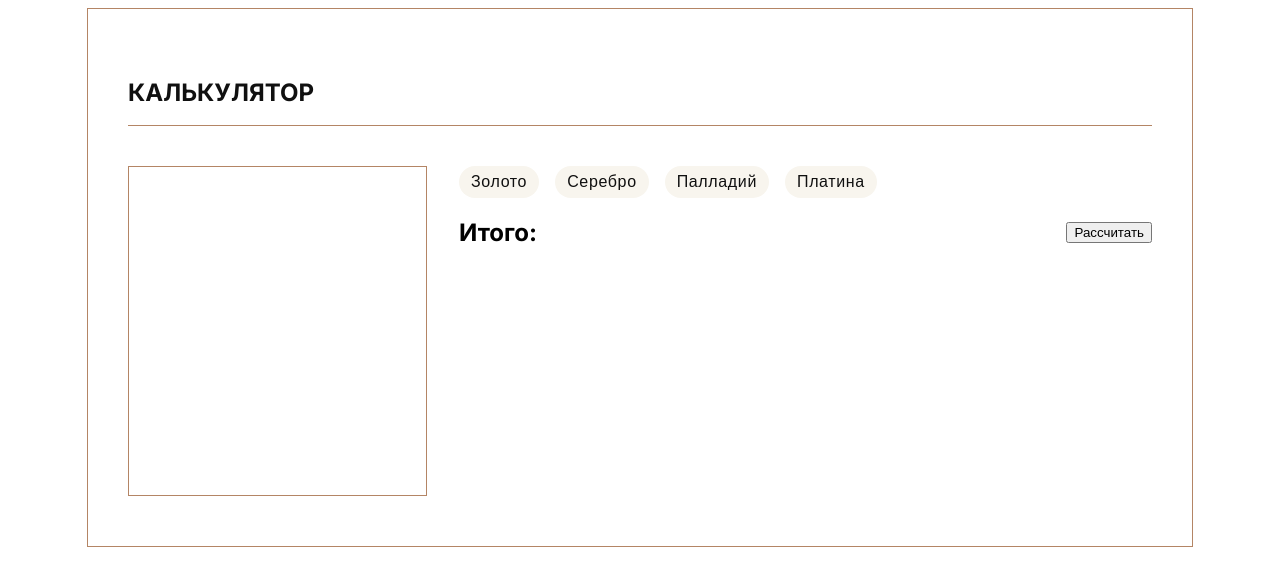
Repository: Kirill2034/Calculator-metal
Page: /
An editor plug-in stored every save of this project. The page is shown before and after the next save, followed by the edit.
The browser window is 1280 px wide. The pictures show the whole page.
The project was rebuilt for these pictures with package versions that can differ from the ones it lists, and the page was loaded fresh each time.

Above is the page before, as saved 2021-11-27 18:38:54.

### public/index.html
<!DOCTYPE html>
<html lang="en">
  <head>
    <meta charset="utf-8" />
    <meta name="viewport" content="width=device-width, initial-scale=1" />

    <link rel="preconnect" href="https://fonts.googleapis.com">
    <link rel="preconnect" href="https://fonts.gstatic.com" crossorigin>
    <link href="https://fonts.googleapis.com/css2?family=Inter:wght@300;400;500;700&display=swap" rel="stylesheet">

    <title>Калькулятор</title>
  </head>
  <body>
    <div id="root"></div>
  </body>
</html>

### src/App.js
import React, { useState } from 'react';
import './App.css';
import {BtnRadio} from './components/BtnRadio';

const metals = [
  {
    id: 1,
    code: "gold",
    title: "Золото",
    finenessList: [
      {id: 1, value: 375, cash: 90, checkingAccount: 100},
      {id: 1, value: 575, cash: 190, checkingAccount: 250}
    ]
  },
  {
    id: 2,
    code: "argent",
    title: "Серебро",
    finenessList: [
      {id: 1, value: 375, cash: 90, checkingAccount: 100},
      {id: 1, value: 575, cash: 190, checkingAccount: 250}
    ]
  },
  {
    id: 3,
    code: "palladium",
    title: "Палладий",
    finenessList: [
      {id: 1, value: 375, cash: 90, checkingAccount: 100},
      {id: 1, value: 575, cash: 190, checkingAccount: 250}
    ]
  },
  {
    id: 4,
    code: "platinum",
    title: "Платина",
    finenessList: [
      {id: 1, value: 375, cash: 90, checkingAccount: 100},
      {id: 1, value: 575, cash: 190, checkingAccount: 250}
    ]
  },
]

const App = () => {

  const [selectedMetalId, setselectedMetalId] = useState(null);

  const onMetalItemClick = (id) => {
    setselectedMetalId(id);
  };

  return (
    <div className="App">
      <div className="title">
        <h2>Калькулятор</h2>
      </div>
      <div className="calculator">
        <div className="metal-image"></div>
        <div className="content">
          <div className="check-metal">
            {metals.map((metal) => (
            <BtnRadio
              key={metal.id}
              item={metal}
              selected={selectedMetalId === metal.id}
              onClick={onMetalItemClick}
              />
          ))}
          </div>
          <div className="select-prop-metal"></div>
          <div className="calculate">
            <h2>Итого:</h2>
            <button>Рассчитать</button>
          </div>
        </div>
      </div>
    </div>
  );
}

export default App;

### src/App.css
.App {width: 1024px; height: 537px; border: 1px solid #B48565; margin: 0 auto; font-family: 'Inter', sans-serif; padding: 0 40px;}
.App .title {border-bottom: 1px solid #B48565; text-transform: uppercase; font-weight: 900; font-size: 16px; line-height: 24px; color: #101010; margin-top: 72px; margin-bottom: 40px;}

.App .calculator {display: flex;}
.App .calculator .metal-image {width: 30%; height: 328px; border: 1px solid #B48565; margin-right: 32px;}
.App .calculator .content {width: 70%;}
.App .calculator .calculate {display: flex; align-items: center; justify-content: space-between}

### src/components/BtnRadio/index.js
import BtnRadio from './BtnRadio.js';
export {BtnRadio};

### src/components/BtnRadio/BtnRadio.js
import React from 'react';
import './BtnRadio.css';
import cn from "classnames";

const BtnRadio = ({item, selected, onClick}) => {
    return (
        <button
            className={cn("BtnRadio", {selected})}
            onClick={() => onClick(item.id)}
        >{item.title}</button>
    )
}

export default BtnRadio;

### src/components/BtnRadio/BtnRadio.css
.BtnRadio {border: none; box-shadow: none; outline: none; background: #F8F5EE; border-radius: 100px; padding: 4px 12px; color: #101010; font-weight: normal; font-size: 16px; line-height: 24px; letter-spacing: 0.04em; margin-right: 16px;};
.BtnRadio:hover {border: 1px solid #B48565; cursor: pointer;}
.BtnRadio.selected {color: #F8F5EE; background: #B48565;}

Loaded but not shown: src/index.js (common file)

After the next save:
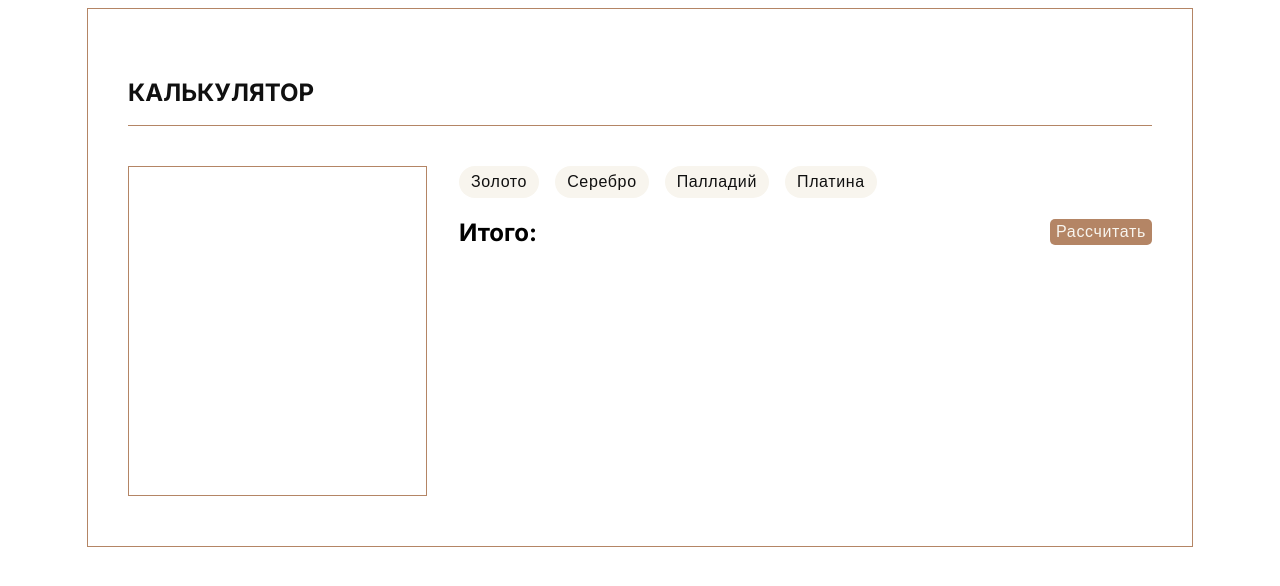
Saved 66 s later.
--- a/src/App.css
+++ b/src/App.css
@@ -5,3 +5,4 @@
 .App .calculator .metal-image {width: 30%; height: 328px; border: 1px solid #B48565; margin-right: 32px;}
 .App .calculator .content {width: 70%;}
 .App .calculator .calculate {display: flex; align-items: center; justify-content: space-between}
+.App .calculator .calculate button {border: none; box-shadow: none; outline: none; background: #B48565; border-radius: 5px; font-weight: normal; font-size: 16px; line-height: 24px; letter-spacing: 0.04em; color: #F8F5EE;}
